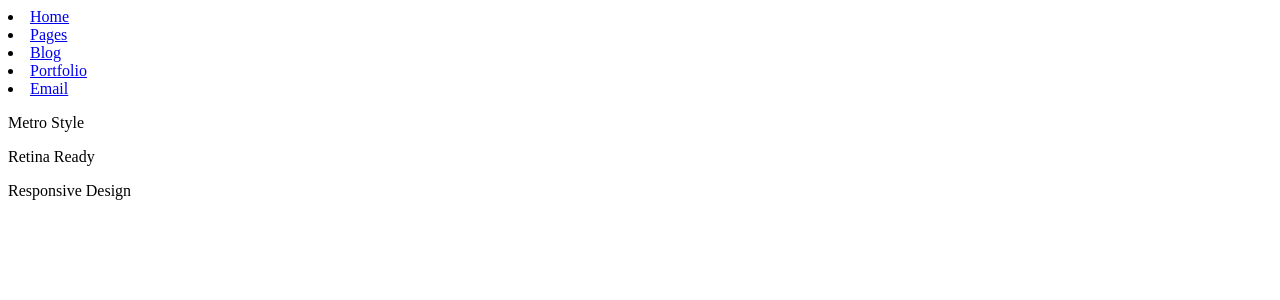
Repository: VernaMak/MDIA2003C-Project-1
Page: index.html
These files come from the project's save history. The page is drawn as it stood at one moment and after the next save; the edit follows.
The browser window is 1280 px wide. The pictures show the whole page.

Above is the page before, as saved 2022-01-25 21:02:51.

After the next save:
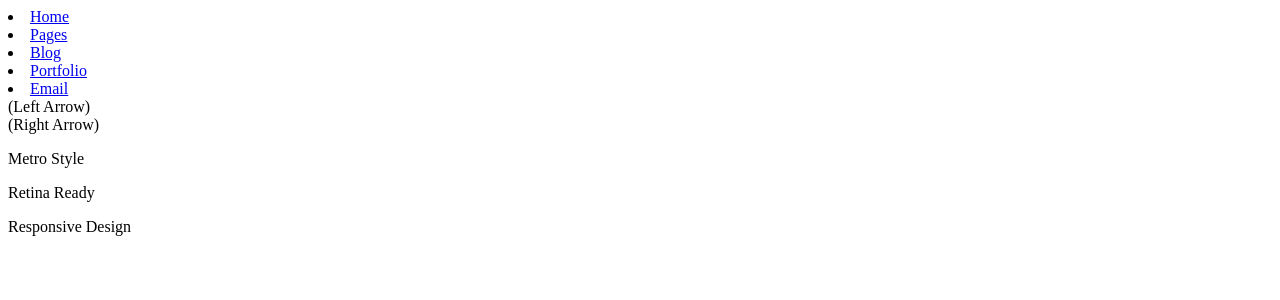
Saved 46 s later.
--- a/index.html
+++ b/index.html
@@ -17,8 +17,8 @@
     </header>
 
     <div class="banner">
-        <div class="arrow-left"></div>
-        <div class="aroow-right"></div>
+        <div class="arrow-left">(Left Arrow)</div>
+        <div class="aroow-right">(Right Arrow)</div>
         <div class="bannerbox">
             <div class="bannerbox-blue">
                 <p class="bannerbox-text">Metro Style</p>
